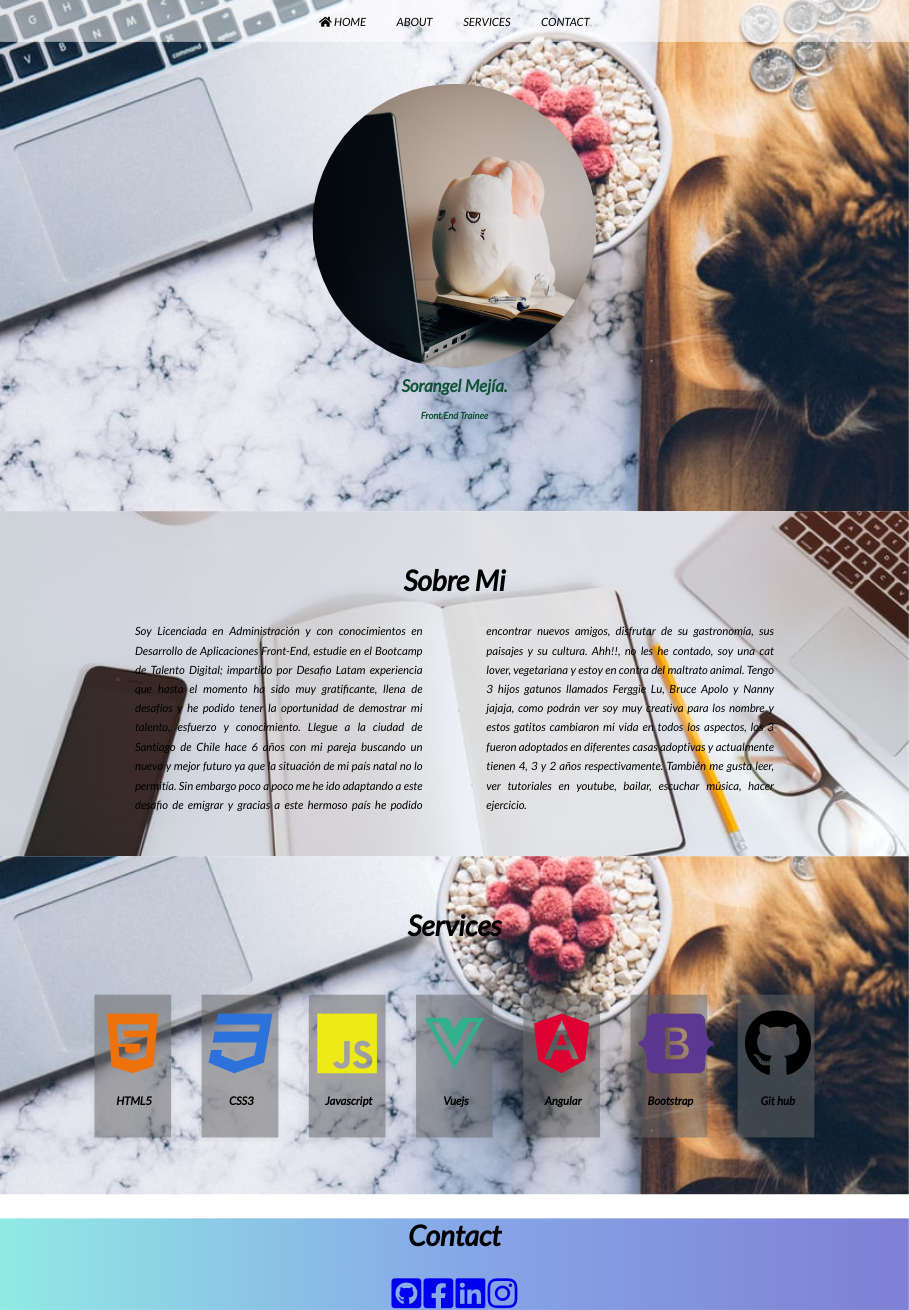
Repository: sory2311/portfolio-css
Page: index.html
The author's editor kept a copy of each file at every save. The page is drawn from the files as they stood at one save, then again after the next save.
The browser window is 1280 px wide. The pictures show the whole page, at 71% of full size.
Backgrounds fixed to the window are drawn as part of the page. Some web libraries are served in a nearby version.

Above is the page before, as saved 2021-05-27 18:42:53.

After the next save:
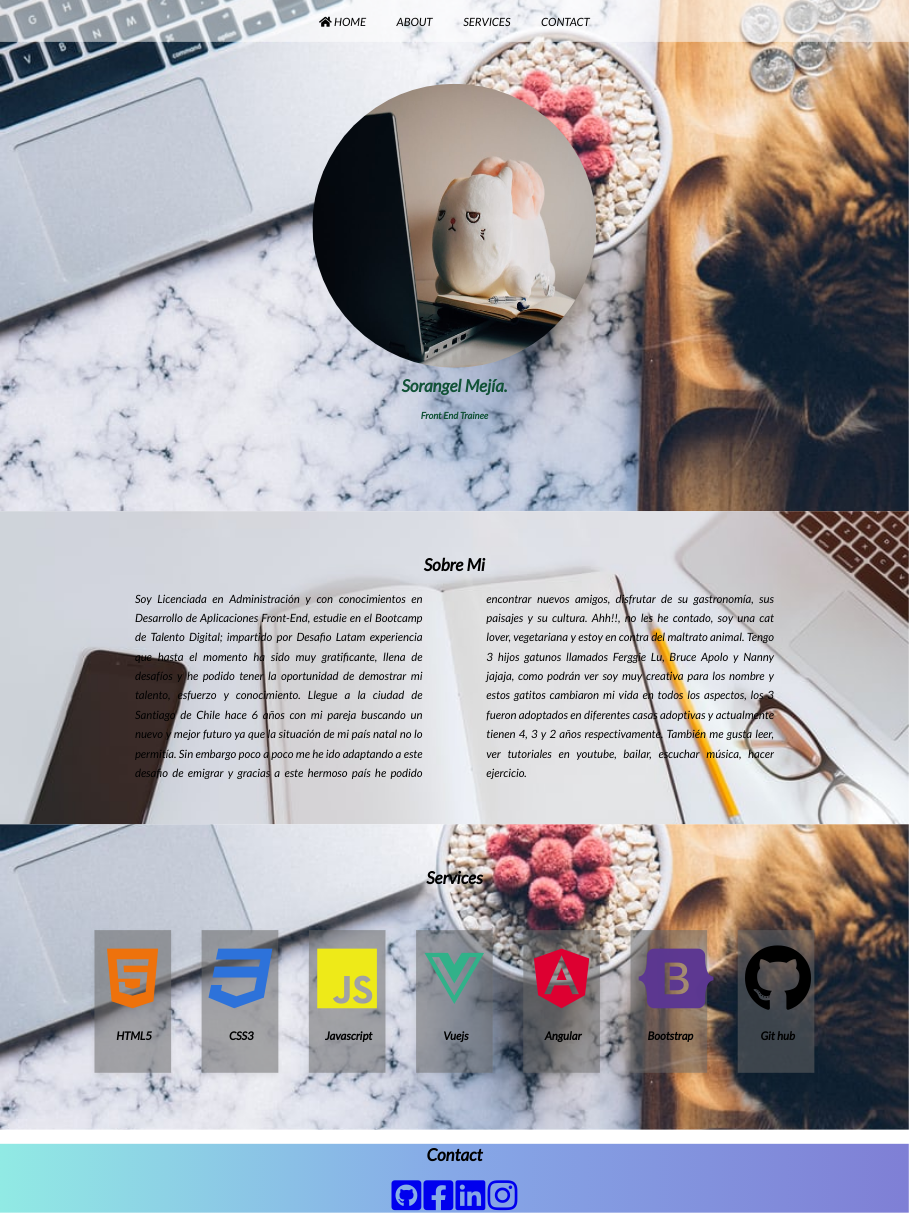
Saved 66 s later.
--- a/css/style.css
+++ b/css/style.css
@@ -120,11 +120,7 @@
 
 
  /* LA SESION TITLE SE REFERIERE A TODOS NUESTROS H1*/
- .section-title {
-     font-size: 40px;
-     color: black;
-     text-align: center;
- }
+
  /* LA SESION TITLE SE REFERIERE A TODOS NUESTROS H1*/
 
 
